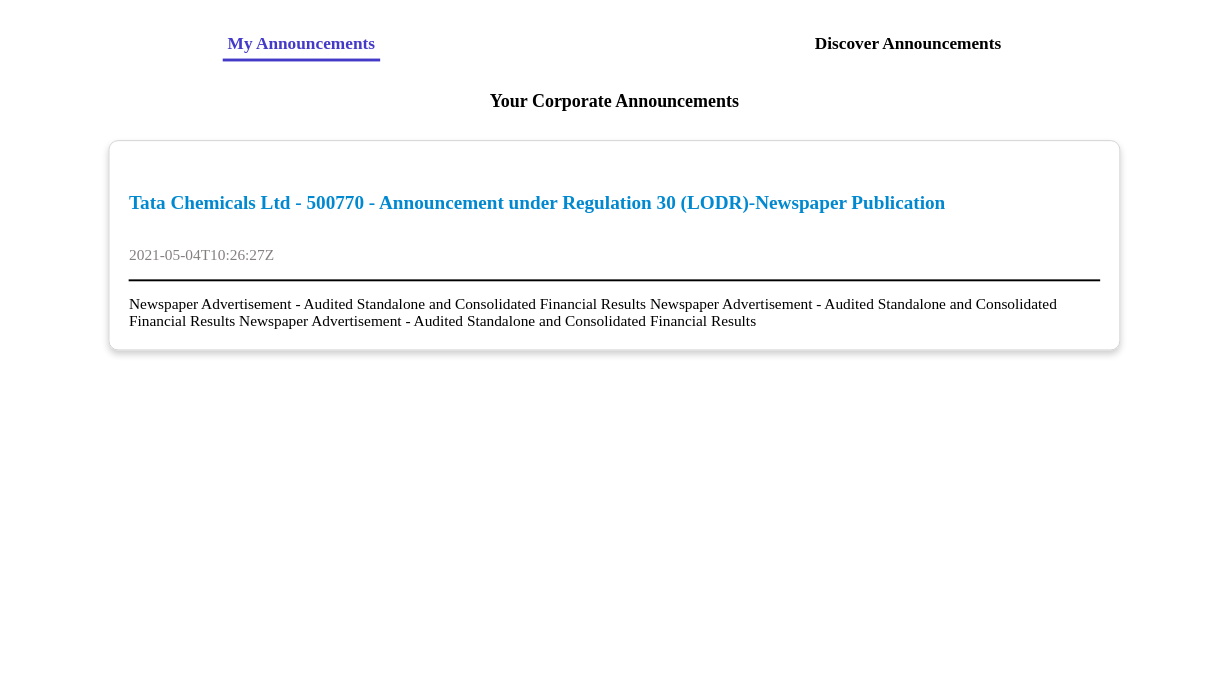
Repository: bhumikagohil/announcements
Page: announcements_tabs/index.html
The author's editor kept a copy of each file at every save. The page is drawn from the files as they stood at one save, then again after the next save.
The browser window is 1280 px wide. The pictures show the whole page, at 96% of full size.
The page's requests for data from a server got no answer.

Above is the page before, as saved 2021-05-13 14:02:00.

### announcements_tabs/index.html
<!DOCTYPE html>
<html lang="en">

<head>
    <meta charset="UTF-8">
    <meta name="viewport" content="width=device-width, initial-scale=1.0">
    <meta http-equiv="X-UA-Compatible" content="ie=edge">
    <link href="style.css" rel="stylesheet">

    <title>Corporate Announcements</title>
</head>
<script src="https://ajax.googleapis.com/ajax/libs/jquery/3.5.1/jquery.min.js"></script>

<script src="script.js" defer></script>

<body>

    <div class="container">
        <ul class="tabs">
            <li data-tab-target="#my-announcements" class="active tab">My Announcements</li>
            <li data-tab-target="#discover-announcements" class="tab" id="discover-tab">Discover Announcements</li>
        </ul>

        <div class="tab-content">
            <div id="my-announcements" data-tab-content class="active">
                <div class="container">
                    <h3 class="heading">Your Corporate Announcements</h3>
                </div>

                <div class="container" id="announcements-cards-container">
                    <div class="announcements-card" id=${item.news_id} style="    padding: 20px 20px;
                    box-shadow: 0 4px 8px 0 rgb(0 0 0 / 20%);
                    border: 1px solid #d3d3d3;
                    border-radius: 10px;
                    margin: auto;
                    margin-bottom: 10px;">
                        <h5 class="title" style="    font-size: 1.25rem;
                        ">
                            Tata Chemicals Ltd - 500770 - Announcement under Regulation 30 (LODR)-Newspaper Publication
                        </h5>
                        <p class="time">
                            2021-05-04T10:26:27Z
                        </p>
                        <hr />
                        <div class="summary">
                            Newspaper Advertisement - Audited Standalone and Consolidated Financial Results
                            Newspaper Advertisement - Audited Standalone and Consolidated Financial Results
                            Newspaper Advertisement - Audited Standalone and Consolidated Financial Results

                        </div>
                    </div>
                </div>

            </div>
            <div id="discover-announcements" data-tab-content>
                <!-- Heading -->
                <div class="container">
                    <h3 class="heading">Discover Corporate Announcements</h3>
                </div>
                <!-- Autocomplete Bar -->
                <div class="container">
                    <form autocomplete="off" class="form">
                        <input id="input-field" placeholder="Search companies" type="text">
                        <ul class="autocomplete"></ul>
                    </form>
                </div>
                <!-- Cards Section -->
                <div class="container cards-container" id="discover-cards-container">
                </div>
            </div>

        </div>
    </div>

</body>

</html>

### announcements_tabs/style.css
[data-tab-content] {
  display: none;
}

.active[data-tab-content] {
  display: block;
}

.tabs {
  display: flex;
  justify-content: space-around;
  list-style-type: none;
  margin: 0;
  padding: 0;
}

.tab {
  cursor: pointer;
  padding: 5px;
  font-size: large;
  font-weight: bold;
}


.tab.active {
  color: #443ac8;
  border-bottom: 3px solid #443ac8;
}

.tab:hover {
  color: #443ac8;
}

/* Media Queries */
@media only screen and (max-width: 768px) {
  .tab {
    font-size: 10px;
  }
  .tab.active {
    border-bottom: 2px solid #443ac8;
  }
}

.container {
  width: 100%;
  margin: 30px auto;
}

.heading {
  text-align: center;
}

/*  ANNOUNCEMENTS */

.title {
  color: #0089d0;
}

.announcements-card {
  padding: 20px 20px;
  box-shadow: 0 4px 8px 0 rgba(0, 0, 0, 0.2);
  width: 80%;
  border: 1px solid #d3d3d3;
  border-radius: 10px;
  margin: auto;

  margin-bottom: 10px;
}

.announcements-card:hover {
  box-shadow: 0 8px 16px 0 rgba(0, 0, 0, 0.2);
}

hr {
  display: block;
  border: none;
  height: 2px;
  background-color: #000;
}

.time {
  /* font-size: 14px; */
  color: #858080;
}

.summary {
  overflow-x: auto;
  margin-top: 15px;
  /* font-size: 16px; */
}

/* DISCOVER ANNOUNCEMENTS */

/* Input Bar */
.form {
  width: 100%;
}

#input-field {
  position: absolute;
  width: 80%;
  /* height: 35px; */
  border-right: none;
  padding: 10px;
  border-radius: 4px;
  border: 1px solid #aab7ca;
}

input[type="text" i] {
  font-size: 14px;
}

/* Autocomplete Bar */
.autocomplete {
  width: 100%;
  position: absolute;
  background: #fff;
  list-style-type: none;
  margin-top: 48px;
  padding-left: 0;
  /* margin-left: auto; */
  z-index: 10;
}

.autocomplete-items {
  display: flex;
  padding: 0px 10px;
  cursor: pointer;
  border: 1px solid #d4d4d4;
  border-top: none;
}

.autocomplete-items:hover {
  background-color: #e9e9e9;
}

.autocomplete-title {
  margin-right: 20px;
  font-size: 14px;
}

.add-button {
  width: 50px;
  height: 26px;
  text-align: center;
  cursor: pointer;
  color: #fff;
  background-color: #4caf50;
  margin: auto 0 auto auto;
  border: none;
}

/* Card  */

.cards-container {
  margin-top: 80px;
  z-index: 1;
}
.discover-card {
  padding: 2% 4%;
  box-shadow: 0 4px 8px 0 rgba(0, 0, 0, 0.2);
  border: 1px solid #d3d3d3;
  border-radius: 5px;
  margin: auto;
  margin-bottom: 10px;
  display: flex;
  flex-direction: row;
  justify-content: space-between;
  align-items: center;
}

.status-button {
  position: relative;
  border: none;
  color: white;
  padding: 5px 10px;
  height: 30px;
  width: 70px;
  text-align: center;
  text-decoration: none;
  display: inline-block;
  font-size: 12px;
  cursor: pointer;
  background-color: #f11e0f;
  z-index: 1;
}

/* Loader */
@keyframes spinner {
  to {
    transform: rotate(360deg);
  }
}

.spinner:before {
  content: "";
  position: absolute;
  width: 18px;
  height: 18px;
  margin-top: -10px;
  margin-left: -10px;
  margin-right: -10px;
  border-radius: 50%;
  border-top: 2px solid #fff;
  border-right: 2px solid transparent;
  animation: spinner 0.6s linear infinite;
  z-index: 4;
}

/* @media only screen and (min-width: 425px) {
  .autocomplete {
    width: 77%;
  }
}

@media only screen and (min-width: 768px) {
  .autocomplete {
    width: 78.3%;
  }
}

@media only screen and (min-width: 1024px) {
  .autocomplete {
    width: 78.7%;
  }
}
@media only screen and (min-width: 1440px) {
  .autocomplete {
    width: 79.2%;
  }
} */

### announcements_tabs/script.js
const tabs = document.querySelectorAll("[data-tab-target]");
const tabContents = document.querySelectorAll("[data-tab-content]");

tabs.forEach((tab) => {
  tab.addEventListener("click", () => {
    const target = document.querySelector(tab.dataset.tabTarget);
    tabContents.forEach((tabContent) => {
      tabContent.classList.remove("active");
    });
    tabs.forEach((tab) => {
      tab.classList.remove("active");
    });
    tab.classList.add("active");
    target.classList.add("active");
  });
});

// ANNOUNCEMENTS

const hostname = "165.22.217.142";

const endpoint = `http://localhost:8000/null`;

fetch(endpoint)
  .then(function (response) {
    return response.json();
  })
  .then(function (response) {
    if (response.length < 1) {
      $(".announcements-card").html(
        "You haven't added any companies yet.Please click on discover announcements to add companies to receive corporate announcements "
      );
    } else {
      const newCard = response.map((item) => {
        return `
                      <div class="announcements-card">
                          <h5 class="title"> ${item.title} </h5>
                          <p class="time"> ${item.disseminated_time}</p>
                          <hr/>
                          <div class="summary">
                              ${item.summary}
                          </div>
                      </div>
                  `;
      });

      document
        .querySelector("#announcements-cards-container")
        .insertAdjacentHTML("afterbegin", newCard);
    }
  })
  .catch(function (err) {
    console.log("error: " + err);
  });

// DISCOVER ANNOUNCEMENTS

var query,
  company_cards_present = [];

const min_query_length = 3;
const spinner = `<div class="spinner"></div>`;

$(document).ready(function () {
  $("#input-field").on("input", function () {
    query = $(this).val();
    if (query.length >= min_query_length) {
      //   Fetching Autocomplete Sugguestions
      fetchData(
        `http://${hostname}/corpann/api/autocomplete/?search=${query}`,
        renderAutocompleteItem
      );
    } else {
      $(".autocomplete").empty();
    }
  });
});

// Fetching Followed Companies
$('#discover-tab').one("click", function () {
  // $("#loadingMessage").css('padding-top', '6%');
  console.log("clicked")
});


function fetchFollowedCompanies() {
  fetchData(
    `http://${hostname}/corpann/api/company/following/`,
    renderFollowedCompanies
  );
}

// Render Followed Companies

function renderFollowedCompanies(data) {
  data.map((item) => {
    createCard(item.company_name, item.scrip_id, "Unfollow");
  });
}

// Autocomplete Items

function renderAutocompleteItem(data) {
  var filtered_autocomplete_sugguestions = data.filter(
    (item) => !company_cards_present.includes(item.scrip_id)
  );

  var new_autocomplete_item = filtered_autocomplete_sugguestions
    .map((item) => {
      return `
                      <li class="autocomplete-items" onclick="createCard('${item.company_name}','${item.scrip_id}')">
                      <span  onclick="con('${item.company_name}','${item.scrip_id}')">
                         <p class="autocomplete-title"> ${item.company_name}</p>
                          <button id="${item.scrip_id}" class="add-button" onclick="createCard('${item.company_name}','${item.scrip_id}')">Add</button>
                     </span>
                          </li>
                  `;
    })
    .join("\n");

  $(".autocomplete").empty();

  document
    .querySelector(".autocomplete")
    .insertAdjacentHTML("afterbegin", new_autocomplete_item);
}

// Creating New Card
function createCard(name, id, text) {
  company_cards_present.push(parseInt(id));

  const card = `
                  <div class="discover-card" id="${id}">
                      <h5 class="card-title"> ${name} </h5>
                      <button class="status-button" onclick="removeCard('${id}', this)">
                       ${text || spinner}
                      </button>
                  </div>
              `;

  $(".autocomplete").empty();

  $("#input-field").val("");

  document
    .querySelector("#discover-cards-container")
    .insertAdjacentHTML("afterbegin", card);

  getCompanyStatus(name, id);
}

// Fetching Company Status

function getCompanyStatus(name, id) {
  fetchData(
    `http://${hostname}/corpann/api/follow/?company=${id}`,
    checkStatus
  );
}

function checkStatus(data) {
  if (data.company_status === "Confirmed") {
    $("#" + data.scrip_id)
      .children("button")
      .html("Unfollow");
  } else {
    card = $("#discover-cards-container").children().first();
    card
      .children("button")
      .html("Try again")
      .css("background-color", "#4caf50");
    setTimeout(() => {
      removeGivenCard(card);
    }, 1000);
    company_cards_present.splice(
      company_cards_present.indexOf(card.attr("id")),
      1
    );
  }
}

function removeGivenCard(card) {
  card.remove();
}

// Removing Card on Unfollow

function removeCard(id, obj) {
  $(obj).html(spinner);
  company_cards_present = company_cards_present.filter(function (e) {
    return e !== parseInt(id);
  });
  fetchData(
    `http://${hostname}/corpann/api/unfollow/?company=${id}`,
    checkUnfollowStatus
  );
}

function checkUnfollowStatus(data) {
  if (data.company_status === "Confirmed") {
    $("#" + data.scrip_id).remove();
  } else {
    $("#status-button").html("Unfollow");
  }
}
// Fetch Function

function fetchData(endpoint, onSuccess) {
  fetch(endpoint)
    .then(function (response) {
      return response.json();
    })
    .then(function (response) {
      onSuccess(response.data);
    })
    .catch(function (err) {
      console.log(err);
    });
}

async function postData(url = "", data = {}, onSuccess) {
  // Default options are marked with *
  const response = await fetch(url, {
    method: "POST", // *GET, POST, PUT, DELETE, etc.
    mode: "cors", // no-cors, *cors, same-origin
    cache: "no-cache", // *default, no-cache, reload, force-cache, only-if-cached
    credentials: "same-origin", // include, *same-origin, omit
    headers: {
      "Content-Type": "application/json",
      // 'Content-Type': 'application/x-www-form-urlencoded',
    },
    redirect: "follow", // manual, *follow, error
    referrerPolicy: "no-referrer", // no-referrer, *no-referrer-when-downgrade, origin, origin-when-cross-origin, same-origin, strict-origin, strict-origin-when-cross-origin, unsafe-url
    body: JSON.stringify(data), // body data type must match "Content-Type" header
  })
    .then(function (response) {
      return response.json(); // parses JSON response into native JavaScript objects
    })
    .then(function (response) {
      onSuccess(response.data);
    })
    .catch(function (err) {
      console.log("error: " + err);
    });
}

After the next save:
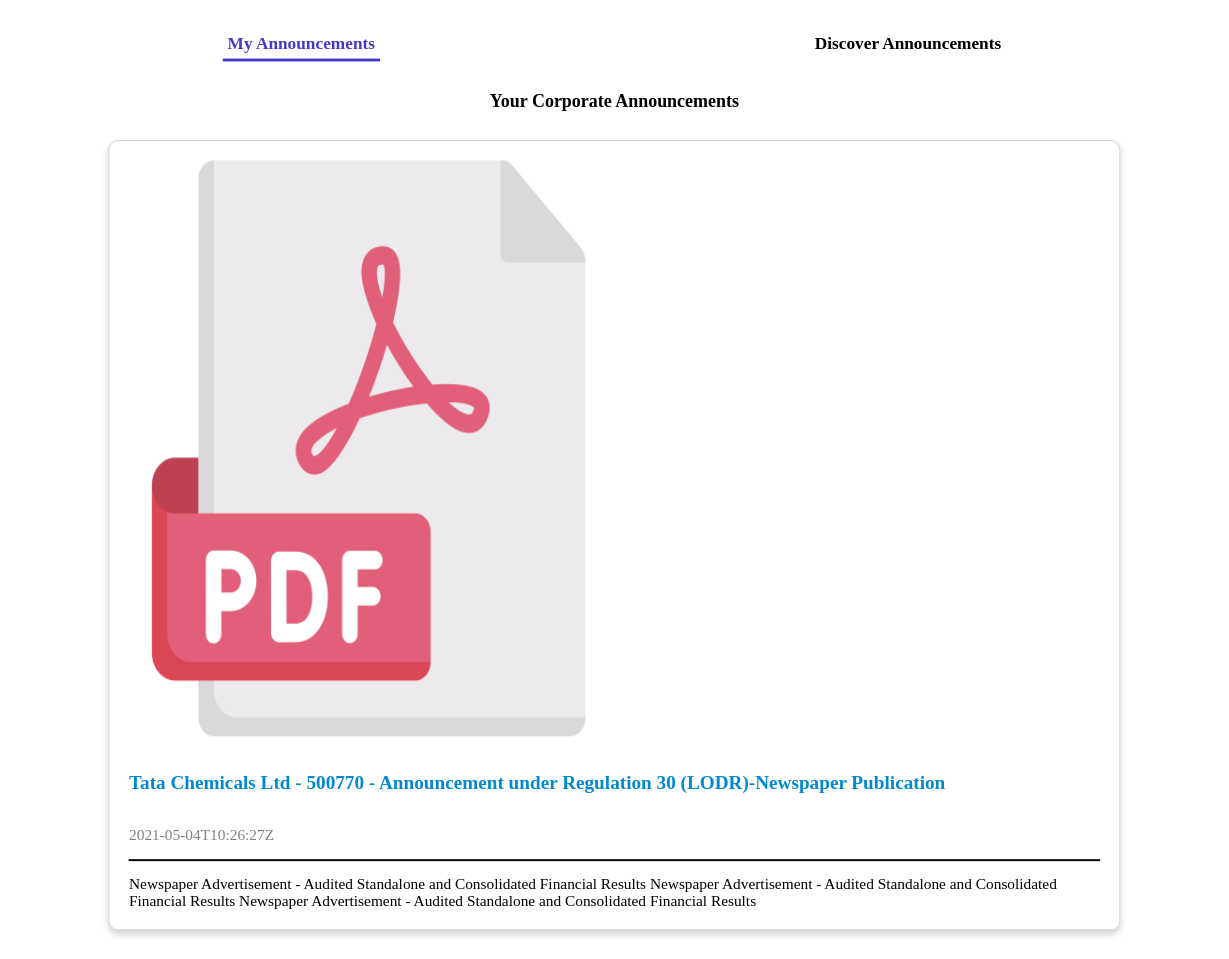
Saved 3 min 0 s later.
--- a/announcements_tabs/index.html
+++ b/announcements_tabs/index.html
@@ -34,7 +34,10 @@
                     border-radius: 10px;
                     margin: auto;
                     margin-bottom: 10px;">
-                        <h5 class="title" style="    font-size: 1.25rem;
+
+                       <img src="pdf.png" alt="Link" width="500" height="600">
+
+                       <h5 class="title" style="    font-size: 1.25rem;
                         ">
                             Tata Chemicals Ltd - 500770 - Announcement under Regulation 30 (LODR)-Newspaper Publication
                         </h5>
